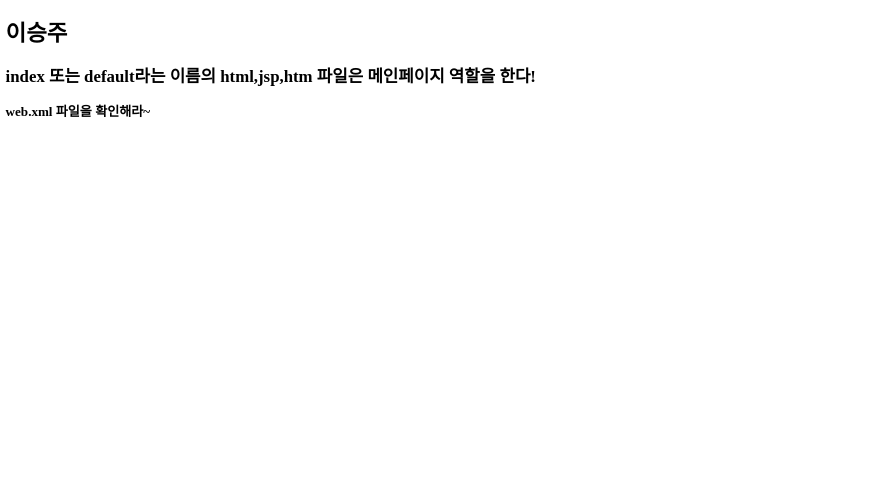
Repository: seungjoo1217/05_Server
Page: ServletProject/src/main/webapp/index.html
An editor plug-in stored every save of this project. The page is shown before and after the next save, followed by the edit.
The browser window is 1280 px wide. The pictures show the whole page, at 70% of full size.

Above is the page before, as saved 2024-03-21 02:12:09.

After the next save:
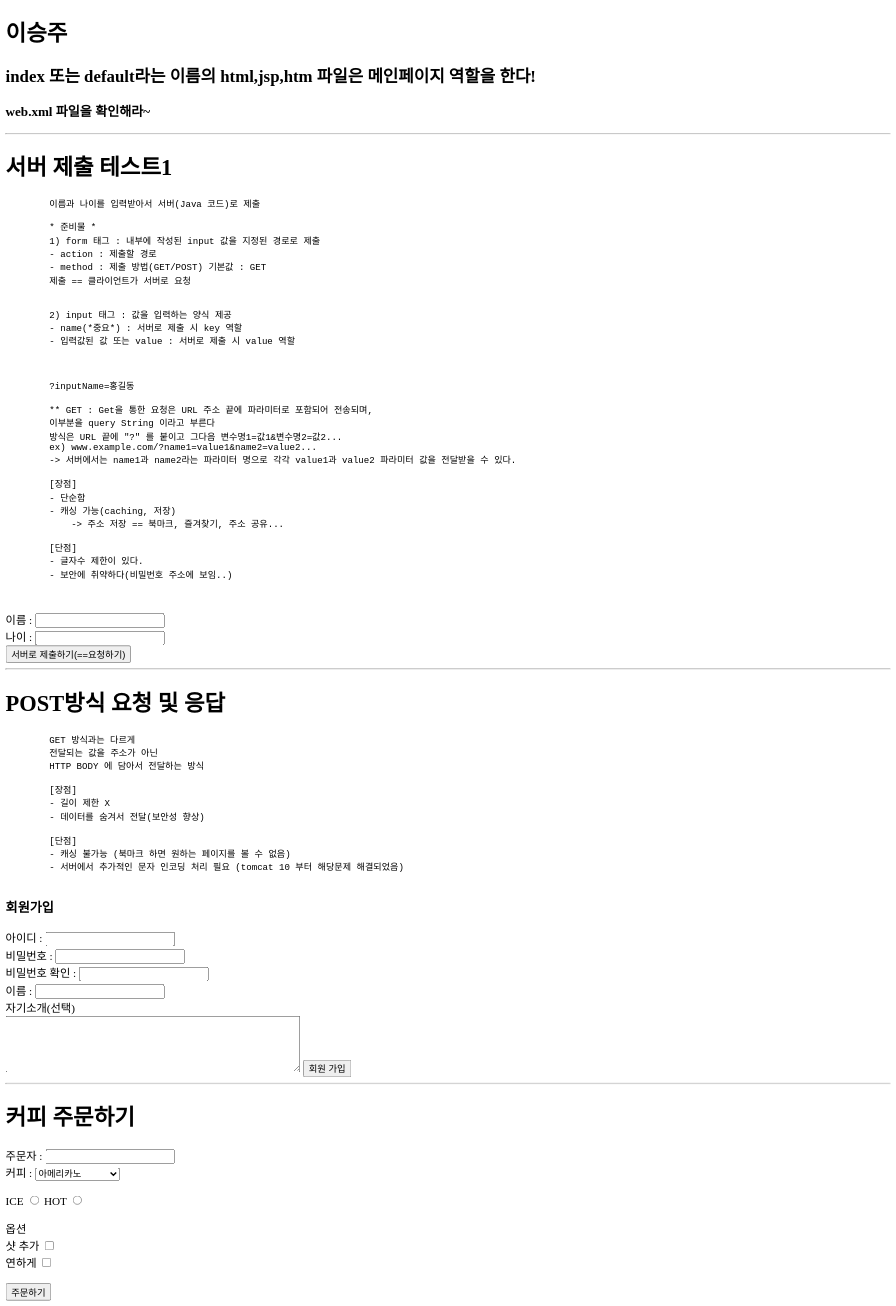
Saved 21 min 42 s later.
--- a/ServletProject/src/main/webapp/index.html
+++ b/ServletProject/src/main/webapp/index.html
@@ -9,5 +9,116 @@
     <h1>이승주</h1>
     <h2>index 또는 default라는 이름의 html,jsp,htm 파일은 메인페이지 역할을 한다!</h2>
     <h3>web.xml 파일을 확인해라~</h3>
+
+    <hr>
+
+    <h1>서버 제출 테스트1</h1>
+    <pre>
+        이름과 나이를 입력받아서 서버(Java 코드)로 제출
+
+        * 준비물 *
+        1) form 태그 : 내부에 작성된 input 값을 지정된 경로로 제출
+        - action : 제출할 경로
+        - method : 제출 방법(GET/POST) 기본값 : GET
+        제출 == 클라이언트가 서버로 요청
+
+
+        2) input 태그 : 값을 입력하는 양식 제공
+        - name(*중요*) : 서버로 제출 시 key 역할
+        - 입력값된 값 또는 value : 서버로 제출 시 value 역할
+
+        <!--<input name="inputName" value="홍길동"/>-->
+
+        ?inputName=홍길동
+
+        ** GET : Get을 통한 요청은 URL 주소 끝에 파라미터로 포함되어 전송되며,
+        이부분을 query String 이라고 부른다
+        방식은 URL 끝에 "?" 를 붙이고 그다음 변수명1=값1&변수명2=값2...
+        ex) www.example.com/?name1=value1&name2=value2...
+        -> 서버에서는 name1과 name2라는 파라미터 명으로 각각 value1과 value2 파라미터 값을 전달받을 수 있다.
+
+        [장점]
+        - 단순함
+        - 캐싱 가능(caching, 저장)
+            -> 주소 저장 == 북마크, 즐겨찾기, 주소 공유...
+
+        [단점]
+        - 글자수 제한이 있다.
+        - 보안에 취약하다(비밀번호 주소에 보임..)
+
+    </pre>
+
+    <form action="/example1" method="get">
+        이름 : <input name="inputName">
+        <br>
+        나이 : <input type="number" name="inputAge">
+        <br>
+        <button>서버로 제출하기(==요청하기)</button>
+
+    </form>
+
+    <hr>
+
+    <h1>POST방식 요청 및 응답</h1>
+    <pre>
+        GET 방식과는 다르게
+        전달되는 값을 주소가 아닌
+        HTTP BODY 에 담아서 전달하는 방식
+
+        [장점]
+        - 길이 제한 X
+        - 데이터를 숨겨서 전달(보안성 향상)
+
+        [단점]
+        - 캐싱 불가능 (북마크 하면 원하는 페이지를 볼 수 없음)
+        - 서버에서 추가적인 문자 인코딩 처리 필요 (tomcat 10 부터 해당문제 해결되었음)
+    </pre>
+
+    <h3>회원가입</h3>
+
+    <form action="/signUp" method="post">
+        아이디 : <input type="text" name="inputId" required> <br>
+        비밀번호 : <input type="password" name="inputPw" required> <br>
+        비밀번호 확인 : <input type="password" required> <br>
+        이름 : <input name="inputName" required> <br>
+
+        자기소개(선택) <br>
+        <textarea name="intro" cols="50" rows="5"></textarea>
+
+        <button>회원 가입</button>
+
+    </form>
+
+    <hr>
+
+    <h1>커피 주문하기</h1>
+
+    <form action="/coffee" method="get">
+        주문자 : <input name="orderer">
+        <br>
+
+        커피 : <select name="coffee">
+            <option>아메리카노</option>
+            <option>카페라떼</option>
+            <option>카푸치노</option>
+            <option>콜드브루</option>
+            <option>민트초코칩프라페</option>
+        </select>
+
+        <br><br>
+        ICE <input type="radio" name="type" value="ice">
+        HOT <input type="radio" name="type" value="hot">
+
+        <br><br>
+        옵션 <br>
+        샷 추가 <input type="checkbox" name="opt" value="shot">
+        <br>
+        연하게 <input type="checkbox" name="opt" value="mild">
+
+        <br><br>
+        <button>주문하기</button>
+    </form>
+
+
 </body>
 </html>
